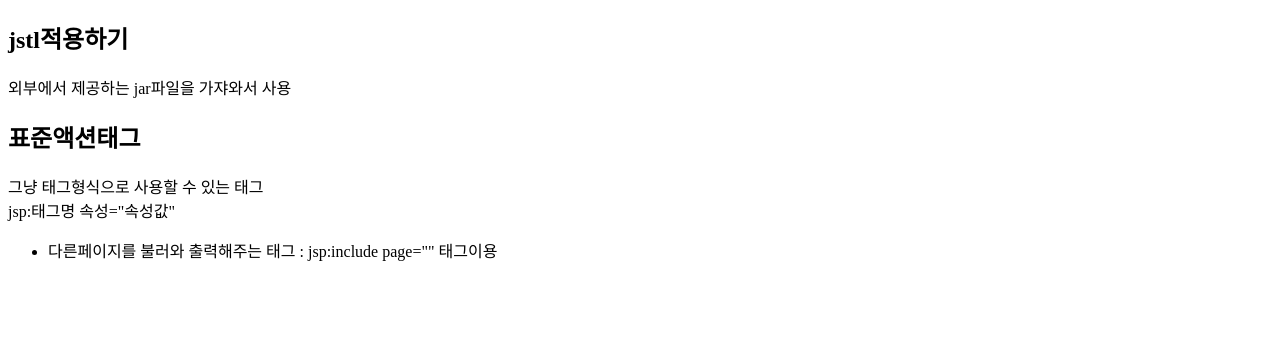
Repository: simjiho/week
Page: http://localhost/el_jstl/
The author's editor kept a copy of each file at every save. The page is drawn from the files as they stood at one save, then again after the next save.
The browser window is 1280 px wide. The pictures show the whole page.
The page is served by Tomcat 9.

Above is the page before, as saved 2024-04-20 05:05:02.

After the next save:
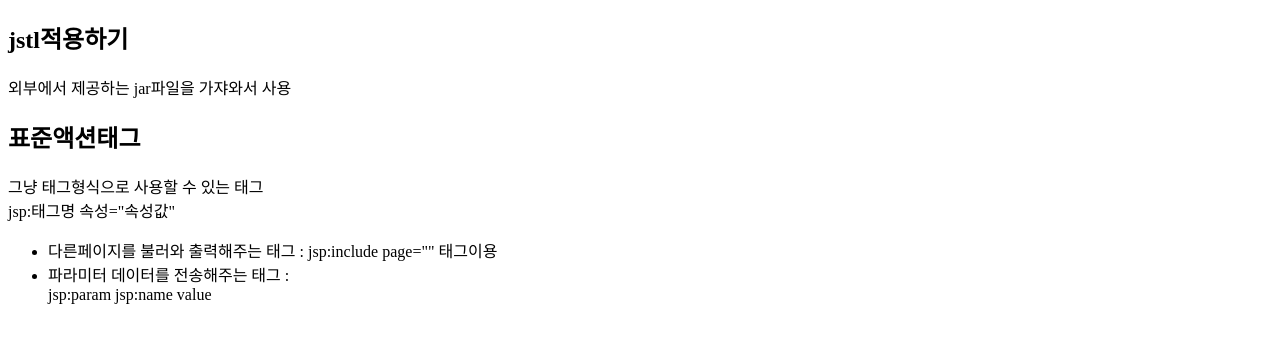
Saved 74 s later.
--- a/workspace/el_jstl/src/main/webapp/index.jsp
+++ b/workspace/el_jstl/src/main/webapp/index.jsp
@@ -21,6 +21,12 @@
 	<ul>
 		<li>
 			다른페이지를 불러와 출력해주는 태그 : jsp:include page="" 태그이용
-		</ul>
+		</li>
+		<li>
+			파라미터 데이터를 전송해주는 태그 : <br>
+			jsp:param
+				jsp:name value
+		</li>
+	</ul>
 </body>
 </html>
